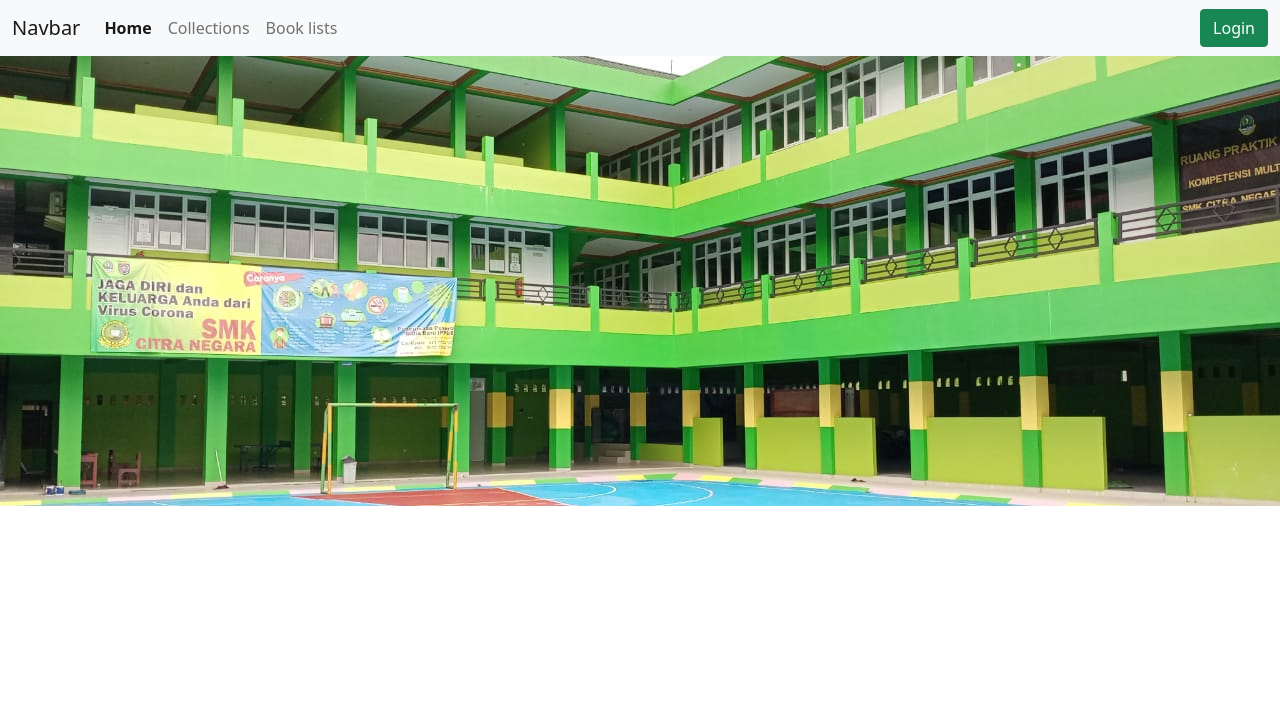
Repository: humanrizki/app-perpus-laravel-8
Page: http://localhost/home
An editor plug-in stored every save of this project. The page is shown before and after the next save, followed by the edit.
The browser window is 1280 px wide. The pictures show the whole page.
Some web libraries are served in a nearby version. The page is served by the project's Laravel application, run on PHP 8.4 with Laravel 8.

Above is the page before, as saved 2021-11-25 11:58:00.

After the next save:
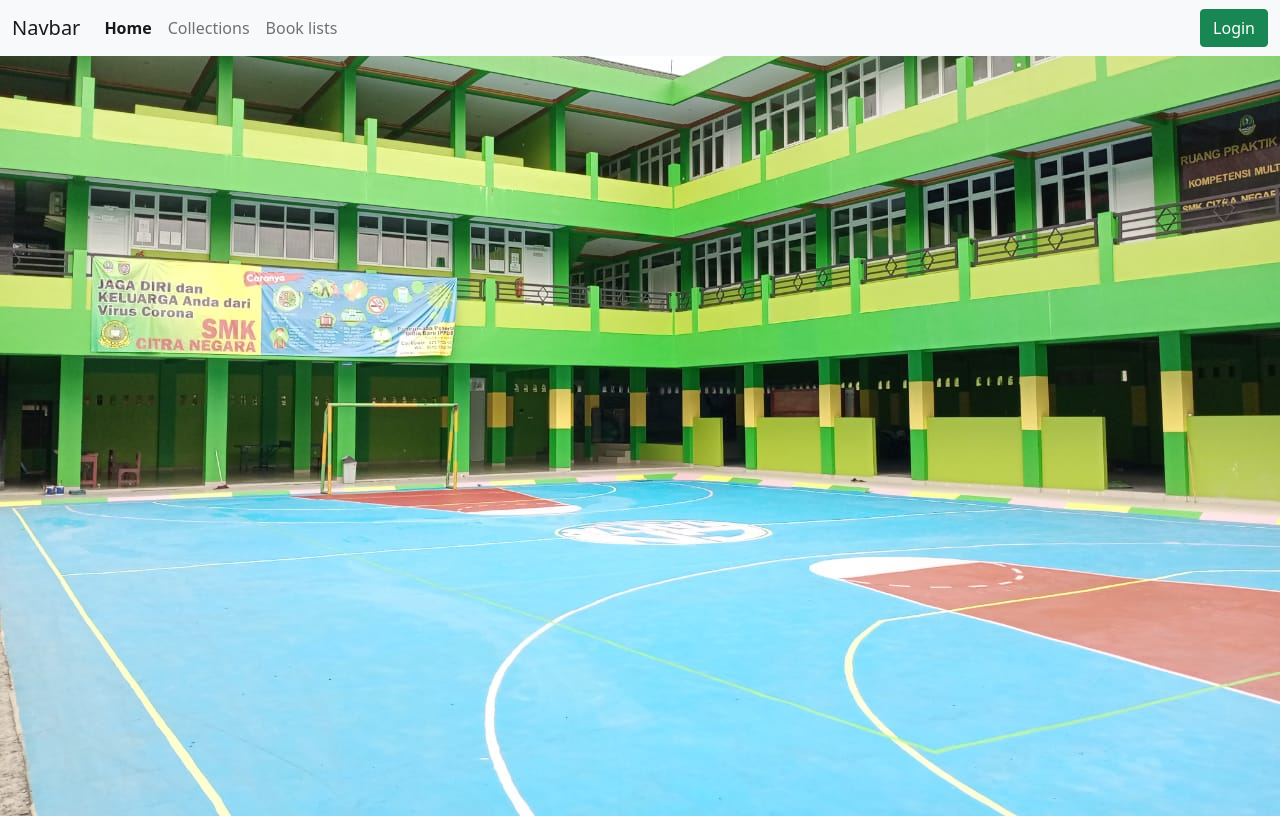
Saved 2 min 2 s later.
--- a/resources/views/homeTemplate.blade.php
+++ b/resources/views/homeTemplate.blade.php
@@ -1,6 +1,6 @@
 @extends('layouts.capp')
 @section('content')
-    <div class="container-img" style="width: 100%; height:450px; overflow:hidden;">
+    <div class="container-img" style="width: 100%; height:450px; background-image:url('img/cn.png');">
         <div class="img-content">
             <img src="img/cn.png" alt="" class="w-100" style="
                 padding: 0px;
